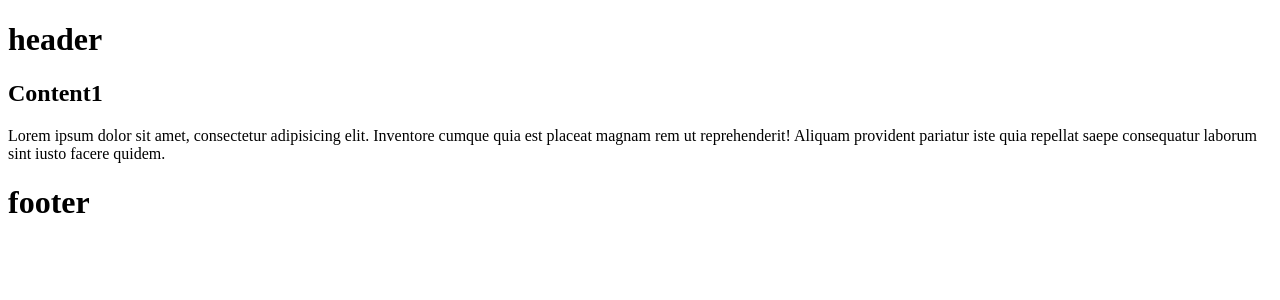
Repository: dygksqkr12/Server
Page: http://localhost/01_helloweb/jsp/inclide.jsp
These files come from the project's save history. The page is drawn as it stood at one moment and after the next save; the edit follows.
The browser window is 1280 px wide. The pictures show the whole page.
The page is served by Tomcat 9.

Above is the page before, as saved 2021-03-24 12:29:46.

After the next save:
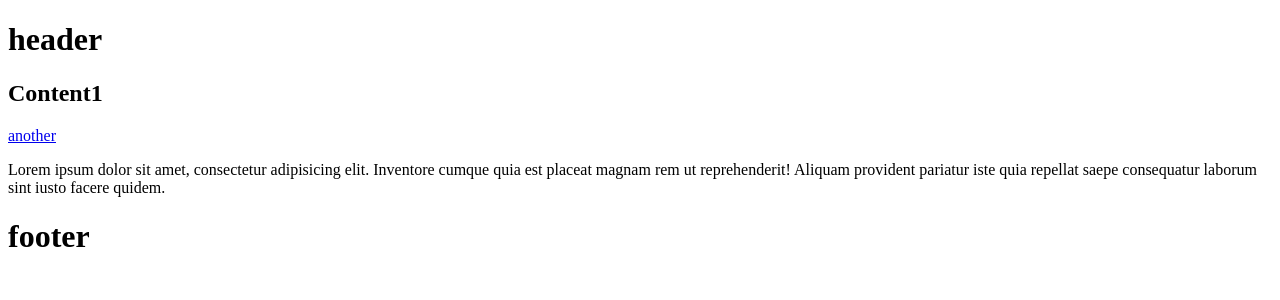
Saved 13 s later.
--- a/01_helloweb/WebContent/jsp/inclide.jsp
+++ b/01_helloweb/WebContent/jsp/inclide.jsp
@@ -3,7 +3,7 @@
 <%@ include file="/jsp/header.jsp" %>
 
 		<h1>Content1</h1>
-		<a href="/web/jsp/another.jsp"></a>
+		<a href="/web/jsp/another.jsp">another</a>
 		<p>Lorem ipsum dolor sit amet, consectetur adipisicing elit. Inventore cumque quia est placeat magnam rem ut reprehenderit! Aliquam provident pariatur iste quia repellat saepe consequatur laborum sint iusto facere quidem.</p>
 
 <%@ include file="/jsp/footer.jsp" %>
